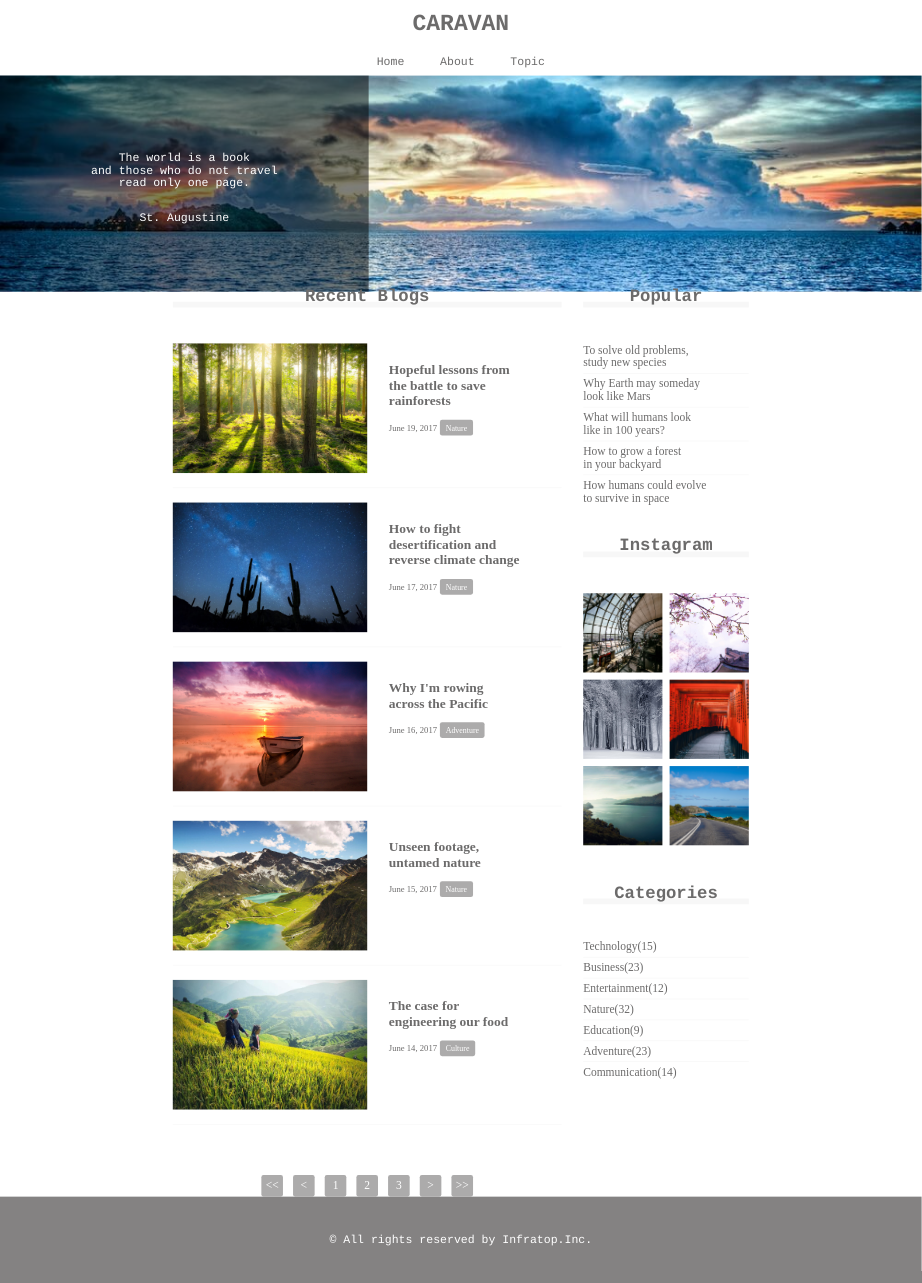
Repository: ishidaryu/ishidaryu
Page: caravan/img/index.html
The author's editor kept a record of every edit. The page is drawn from the files as they stood at one moment, then again after the next edit.
The browser window is 1280 px wide. The pictures show the whole page, at 72% of full size.
Some icons come from a web library that is not loaded, so they are not drawn.

Above is the page before.

After the next edit:
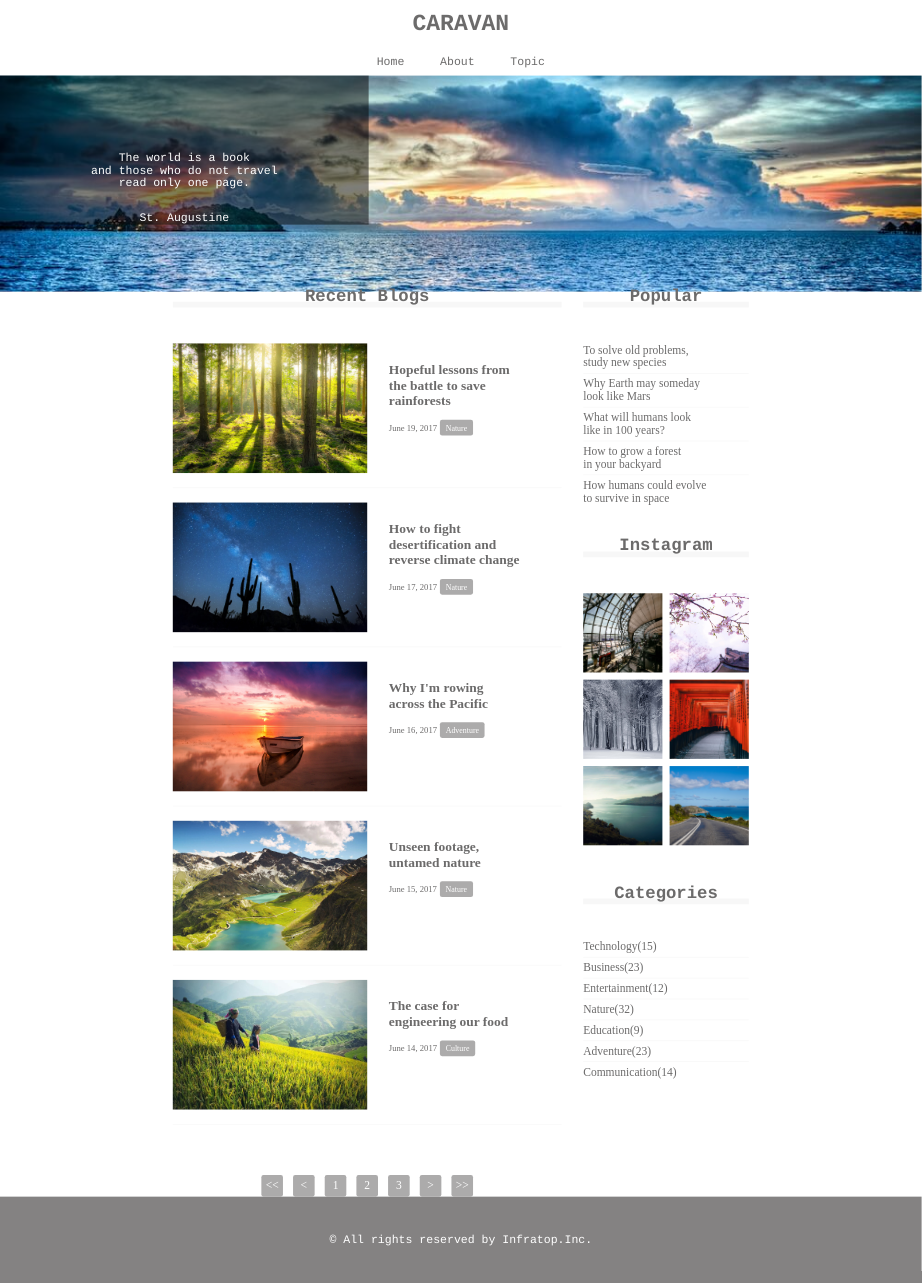
The edit:
--- a/caravan/img/style.css
+++ b/caravan/img/style.css
@@ -57,11 +57,11 @@
 }
 
 .main-visual-content {
-  width: 40%; /* 横幅40% */
-  height: 300px; /* 親の高さに揃える */
-  background-color: rgba(0, 0, 0, 0.5); /* 背景色を半透明の黒にする */
-  text-align: center; /* 文字を中央揃えにする */
-  padding-top: 105px; /* 上側の内側余白で垂直方向の位置を調整 */
+  width: 40%; /
+  height: 300px;
+  background-color: rgba(0, 0, 0, 0.5);
+  text-align: center;
+  padding-top: 105px;
 }
 
 .main-visual-text {
